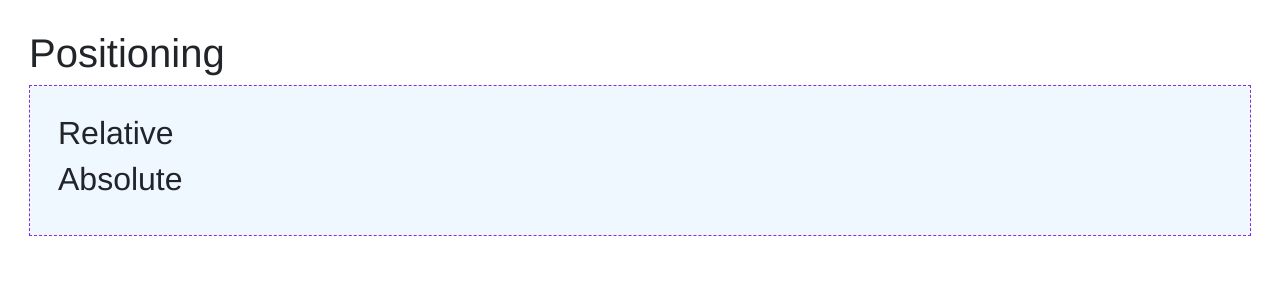
Repository: alboss/bit-175
Page: docs/positioning.html
These files come from the project's save history. The page is drawn as it stood at one moment and after a run of saves; the edit follows.
The browser window is 1280 px wide. The pictures show the whole page.

Above is the page before, as saved 2023-04-24 11:39:20.

After the next 5 saves:
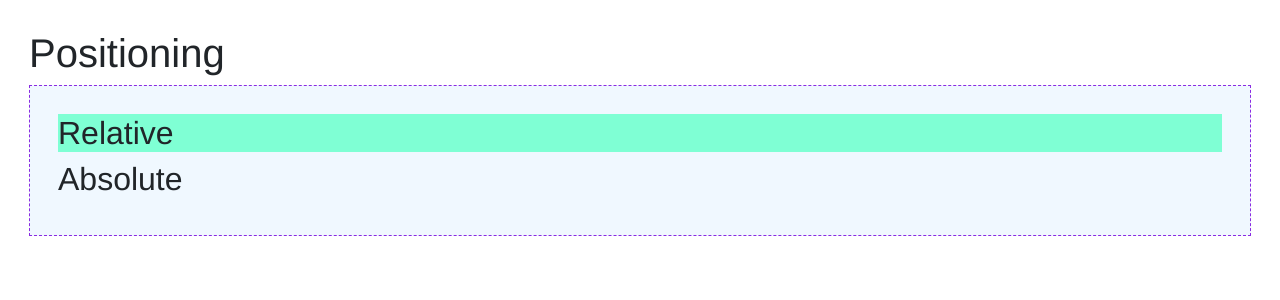
The 5 saves are shown as one change because they came seconds apart.
The last was saved 20 s later.
--- a/docs/positioning.html
+++ b/docs/positioning.html
@@ -31,13 +31,13 @@
         background-color:aliceblue;
       }
       #thing-1 {
-        background-color:
+        background-color:aquamarine
       }
       #thing-1-a {
-        background-color
+        background-color:azure;
       }
       #thing-1-a-a {
-        background-color
+        background-color:
       }
       #thing-1-b {
         background-color
